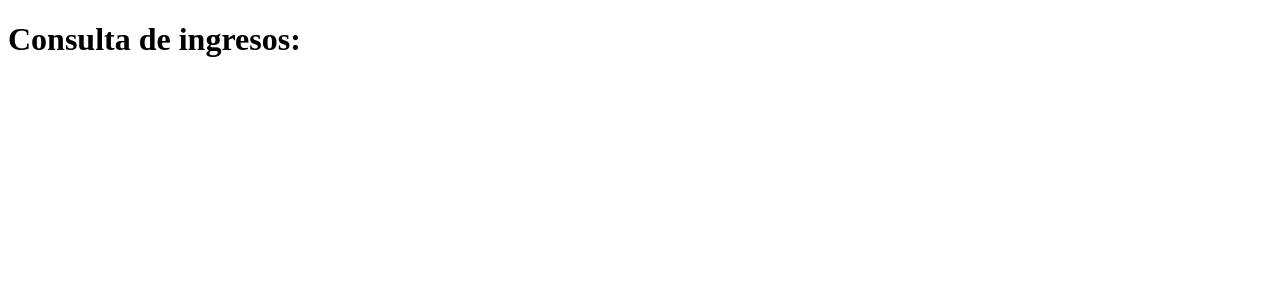
Repository: EmmanuelRamosBiado/JAVA-EE
Page: mibancoapp/src/main/webapp/mibanco.html
An editor plug-in stored every save of this project. The page is shown before and after a run of saves, followed by the edit.
The browser window is 1280 px wide. The pictures show the whole page.

Above is the page before, as saved 2023-03-02 11:15:20.

After the next 2 saves:
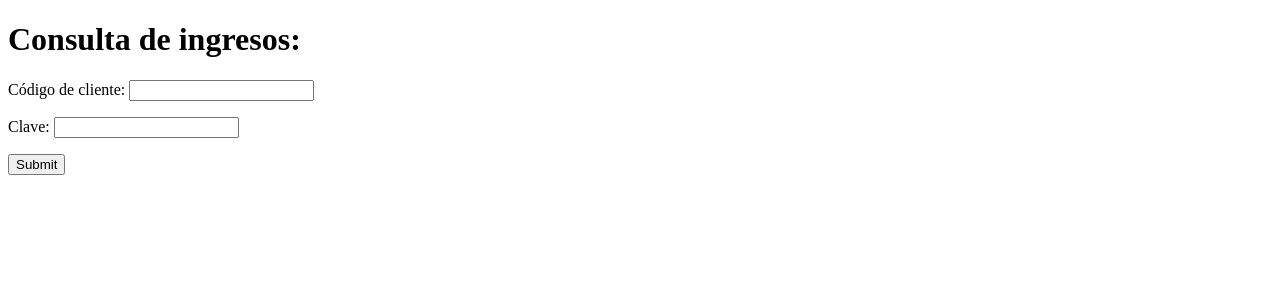
The 2 saves are shown as one change because they came seconds apart.
The last was saved 3 min 0 s later.
--- a/mibancoapp/src/main/webapp/mibanco.html
+++ b/mibancoapp/src/main/webapp/mibanco.html
@@ -6,6 +6,10 @@
 </head>
 <body>
 	<h1>Consulta de ingresos:</h1>
-	<form action="miconsulta" method="GET"></form>
+	<form action="miconsulta" method="GET">
+	<p>Código de cliente: <input name="id_cliente" type="text"> </p>
+	<p>Clave: <input name="pw_cliente" type="password"> </p>
+		<input type="submit">
+	</form>
 </body>
 </html>
